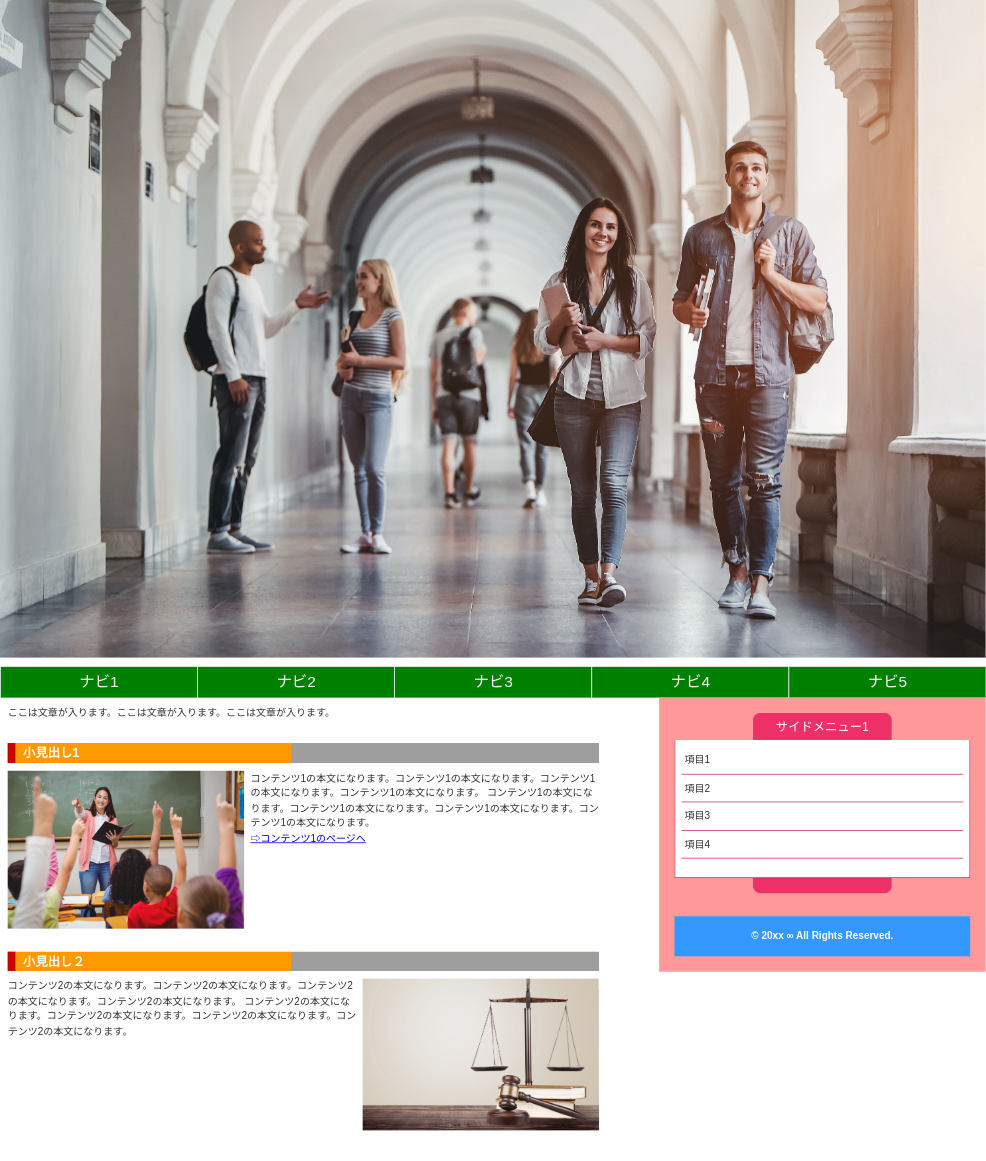
Repository: YOSHIYUKI-FITNESS/samurai_HTML-CSS
Page: home.html
The author's editor kept a record of every edit. The page is drawn from the files as they stood at one moment, then again after the next edit.
The browser window is 1280 px wide. The pictures show the whole page, at 77% of full size.
Pictures or frames that could not be fetched are drawn as grey boxes.

Above is the page before.

After the next edit:
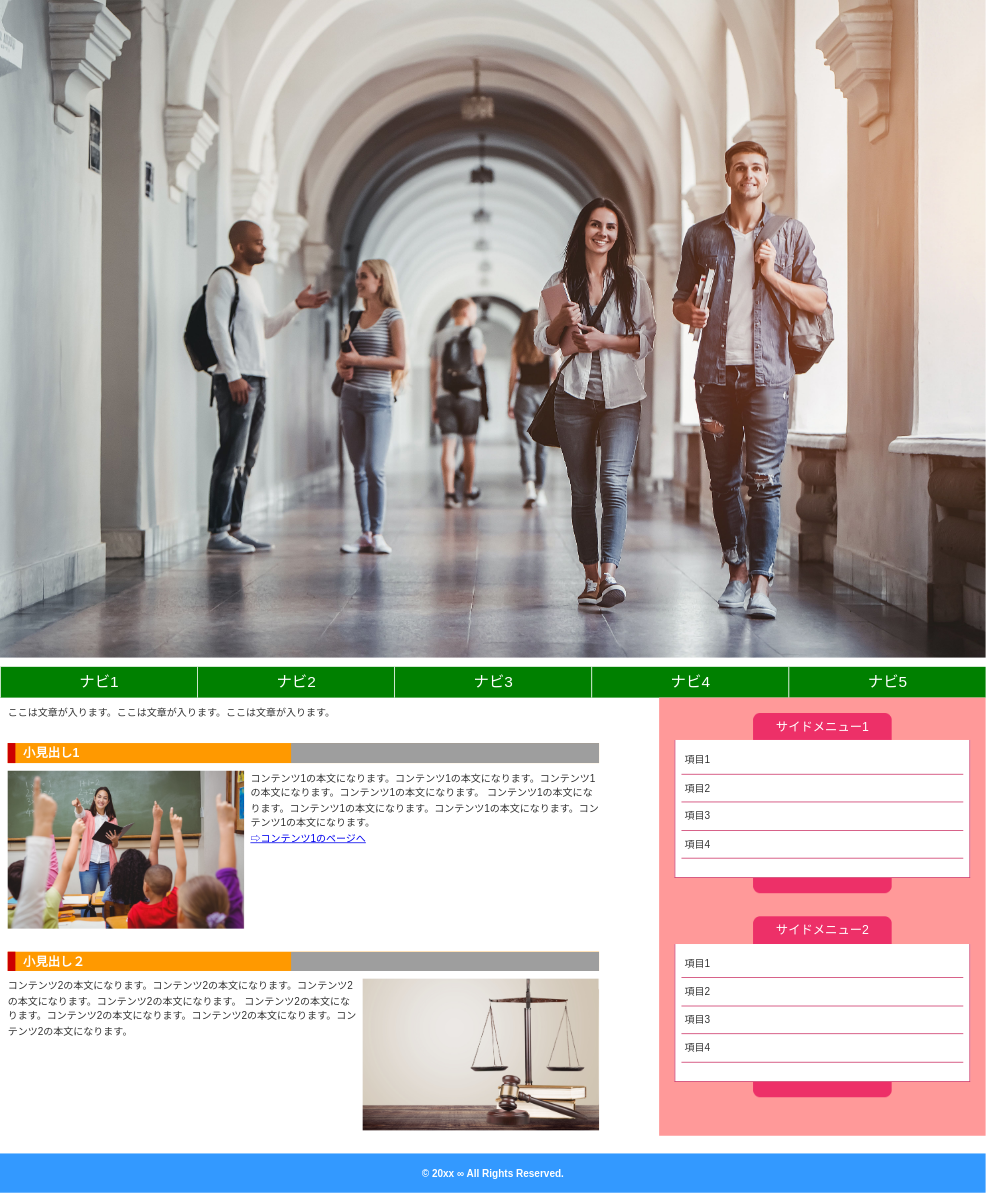
The edit:
--- a/home.html
+++ b/home.html
@@ -51,6 +51,24 @@
                                 <li>項目2</li>
                                 <li>項目3</li>
                                 <li>項目4</li>
+                            </ul>
+                        </div>
+                    </div>
+                    <div class="box">
+                        <h2>サイドメニュー2</h2>
+                        <div class="boxBody">
+                            <ul>
+                                <li>項目1</li>
+                                <li>項目2</li>
+                                <li>項目3</li>
+                                <li>項目4</li>
+                            </ul>
+                        </div>
+                    </div>
+                </div>
+
+
+
 
         </div>
    </div>
